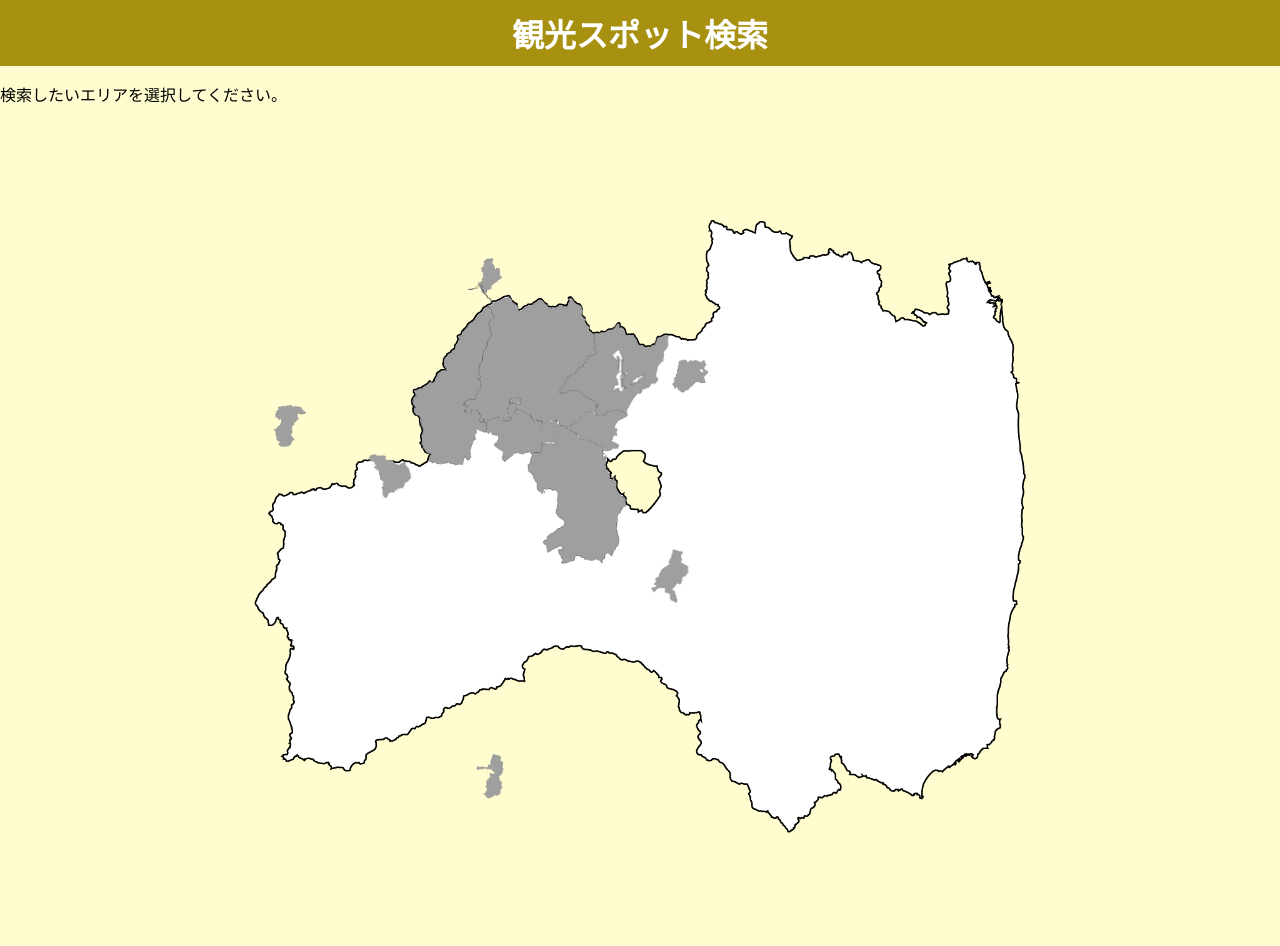
Repository: ryoutana/tanaryou.github.io
Page: Downloads/project/index.html
An editor plug-in stored every save of this project. The page is shown before and after a run of saves, followed by the edit.
The browser window is 1280 px wide. The pictures show the whole page.

Above is the page before, as saved 2025-04-29 13:46:43.

### Downloads/project/index.html
<!DOCTYPE html>
<html lang="ja">
<head>
    <meta charset="UTF-8">
    <meta name="viewport" content="width=device-width, initial-scale=1.0">
    <title>観光スポット検索</title>
    <link rel="stylesheet" href="styles.css">
</head>
<body>
    <header>
        <h1 id="pageTitle">観光スポット検索</h1>
    </header>
    <main>
        <section id="intro">
            <p id="introText">検索したいエリアを選択してください。</p>
            <div id="mapContainer">
                <img id="introImage" src="福島県白地図.png" alt="福島県の地図">
                <div id="spotContainer"></div>
            </div>
        </section>
    </main>
    <script src="script.js"></script>
</body>
</html>

### Downloads/project/styles.css
/* styles.css */

/* 全体のリセット */
body, html {
    margin: 0;
    padding: 0;
    box-sizing: border-box;
    background-color: #fffdd0; /* 背景色をクリーム色に設定 */
    font-family: Arial, sans-serif;
}

/* ヘッダーのスタイル */
header {
    text-align: center;
    background-color: #a89110; /* ゴールド系の背景色 */
    padding: 10px 0;
}

#pageTitle {
    font-size: 2em;
    margin: 0;
    color: #fff; /* 白文字 */
}

/* 地図全体のコンテナ */
#mapContainer {
    position: relative;
    width: 80%; /* 地図の幅を画面幅に応じて調整 */
    max-width: 800px;
    margin: 20px auto;
    overflow: hidden;
    text-align: center;
}

#introImage {
    width: 100%; /* 地図画像を親要素にフィットさせる */
    height: auto;
    display: block;
    margin: 0 auto;
    z-index: 1;
}

/* スポット画像のコンテナ */
#spotContainer {
    position: absolute;
    top: 0;
    left: 0;
    width: 100%;
    height: 100%;
    z-index: 2;
}

/* スポット画像のスタイル */
.spot-image {
    position: absolute;
    transform: translate(-50%, -50%); /* 中心基準で配置 */
    cursor: pointer;
    transition: filter 0.3s ease;
    filter: brightness(0.8) saturate(0); /* デフォルトで薄い灰色 */
}

.spot-image:hover {
    filter: brightness(1.2) hue-rotate(90deg); /* カーソルが乗ると黄緑 */
}

.spot-image.active {
    filter: brightness(1) hue-rotate(120deg) saturate(2); /* クリックでしっかり緑 */
}

### Downloads/project/script.js
// script.js

// スポットデータ（座標は地図画像内の相対的なピクセル位置）
const spots = [
    { name: '会津坂下町', img: '会津坂下町(白地図).png', x: 275, y: 303, width: 78 },
    { name: '会津若松市', img: '会津若松市(白地図).png', x: 337, y: 368, width: 158 },
    { name: '会津美里町', img: '会津美里町(白地図).png', x: 250, y: 150, width: 40 },
    { name: '喜多方市', img: '喜多方市(白地図).png', x: 291, y: 230, width: 170 },
    { name: '金山町', img: '金山町(白地図).png', x: 450, y: 250, width: 45 },
    { name: '三島町', img: '三島町(白地図).png', x: 50, y: 300, width: 50 },
    { name: '昭和村', img: '昭和村(白地図).png', x: 150, y: 350, width: 55 },
    { name: '西会津町', img: '西会津町(白地図).png', x: 214, y: 260, width: 180 },
    { name: '猪苗代町', img: '猪苗代町(白地図).png', x: 430, y: 450, width: 60 },
    { name: '湯川村', img: '湯川村(白地図).png', x: 309, y: 306, width: 30 },
    { name: '磐梯町', img: '磐梯町(白地図).png', x: 357, y: 304, width: 69 },
    { name: '北塩原村', img: '北塩原村(白地図).png', x: 374, y: 244, width: 123 },
    { name: '柳津町', img: '柳津町(白地図).png', x: 250, y: 650, width: 50 }
];

// スポットを動的に生成
function generateSpots() {
    const spotContainer = document.getElementById('spotContainer');
    const mapContainer = document.getElementById('mapContainer');

    if (!spotContainer || !mapContainer) {
        console.error('Error: 必要な要素が見つかりません。');
        return;
    }

    const mapWidth = mapContainer.offsetWidth; // 地図の幅
    const mapHeight = mapContainer.offsetHeight; // 地図の高さ

    spots.forEach(spot => {
        const img = document.createElement('img');
        img.src = spot.img;
        img.alt = spot.name;
        img.style.width = `${(spot.width / 800) * mapWidth}px`; // 幅を地図のサイズに比例させる
        img.style.left = `${(spot.x / 800) * mapWidth}px`; // x座標を地図のサイズに比例させる
        img.style.top = `${(spot.y / 800) * mapHeight}px`; // y座標を地図のサイズに比例させる
        img.classList.add('spot-image');

        // クリックイベントで色を変更
        img.addEventListener('click', () => {
            if (img.classList.contains('active')) {
                img.classList.remove('active'); // 緑から灰色に戻す
            } else {
                img.classList.add('active'); // 緑にする
            }
        });

        spotContainer.appendChild(img);
    });
}

// 初期化処理
function init() {
    generateSpots();
    console.log('スポット画像の生成が完了しました。');
}

// ページ読み込み時に初期化
window.onload = init;

After the next 5 saves:
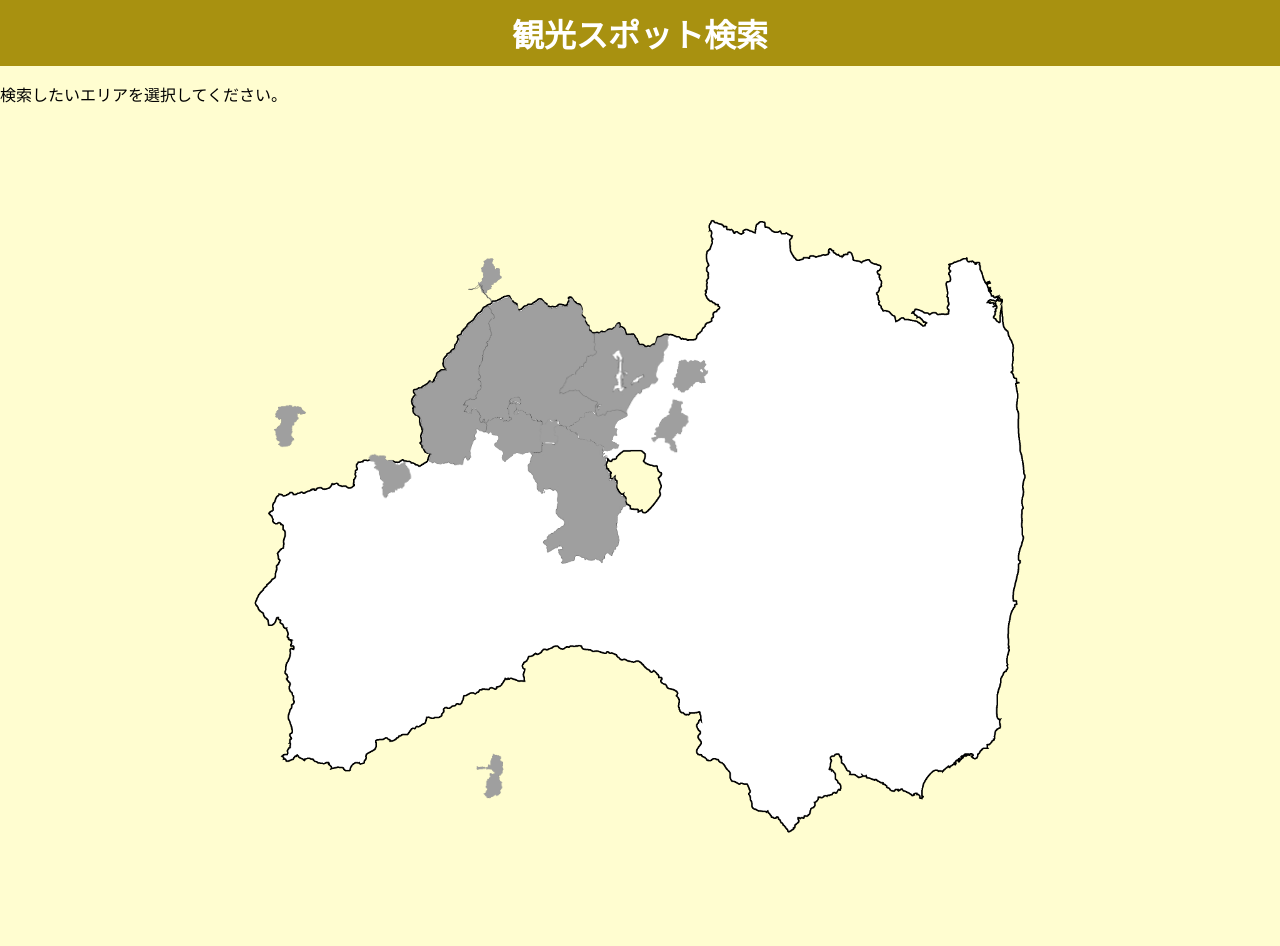
The 5 saves are shown as one change because they came seconds apart.
The last was saved 8 s later.
--- a/Downloads/project/script.js
+++ b/Downloads/project/script.js
@@ -10,7 +10,7 @@ const spots = [
     { name: '三島町', img: '三島町(白地図).png', x: 50, y: 300, width: 50 },
     { name: '昭和村', img: '昭和村(白地図).png', x: 150, y: 350, width: 55 },
     { name: '西会津町', img: '西会津町(白地図).png', x: 214, y: 260, width: 180 },
-    { name: '猪苗代町', img: '猪苗代町(白地図).png', x: 430, y: 450, width: 60 },
+    { name: '猪苗代町', img: '猪苗代町(白地図).png', x: 430, y: 300, width: 60 },
     { name: '湯川村', img: '湯川村(白地図).png', x: 309, y: 306, width: 30 },
     { name: '磐梯町', img: '磐梯町(白地図).png', x: 357, y: 304, width: 69 },
     { name: '北塩原村', img: '北塩原村(白地図).png', x: 374, y: 244, width: 123 },
